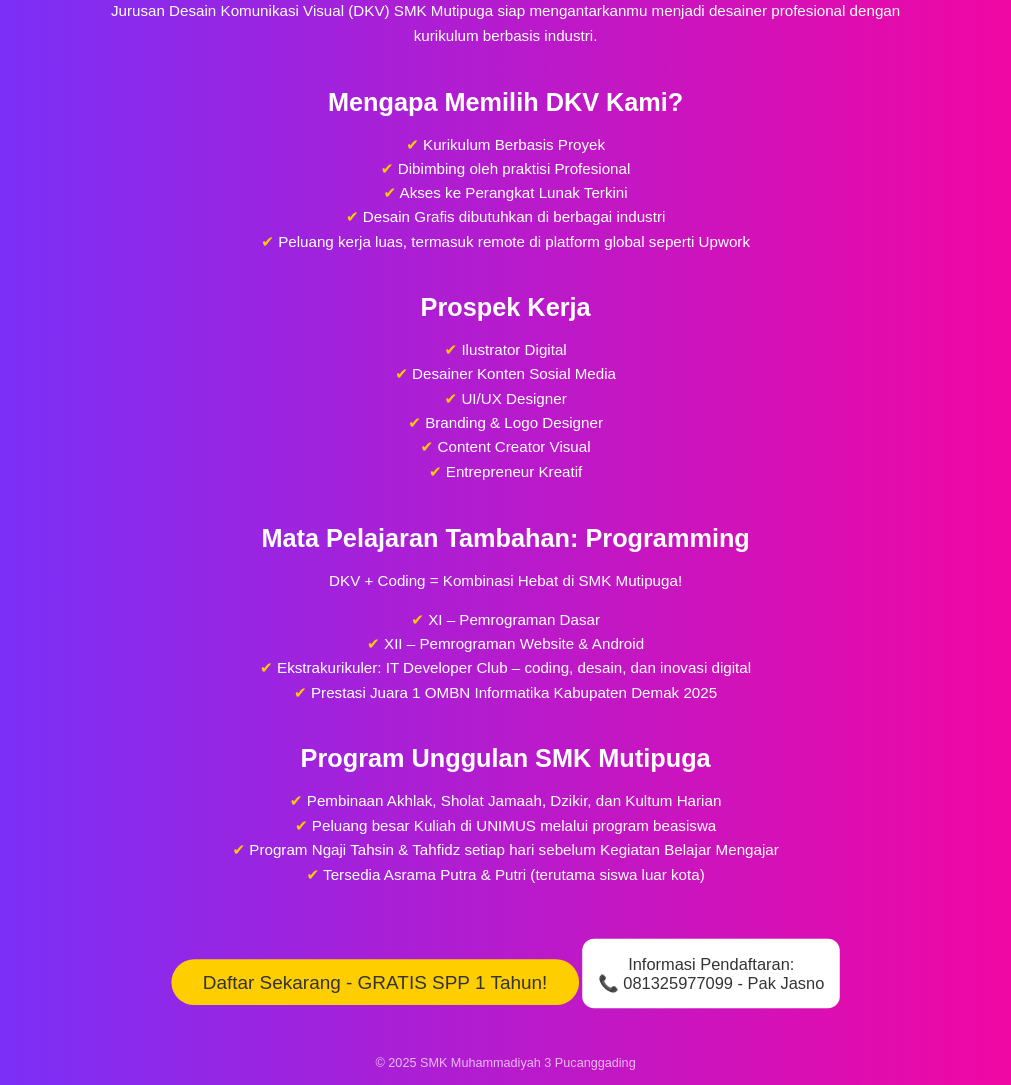
Repository: ppdbsmkmutipuga/ppdbsmkmutipuga.github.io
Page: index.html
The author's editor kept a copy of each file at every save. The page is drawn from the files as they stood at one save, then again after the next save.
The browser window is 1280 px wide. The pictures show the part of the page from y = 556 to 2038 px (the page is 1930 px tall before and 2038 px after), at 79% of full size.
A picture or video elsewhere on the page could not be fetched, so the positions and the page height are approximate.

Above is the page before, as saved 2025-06-23 15:39:24.

After the next save:
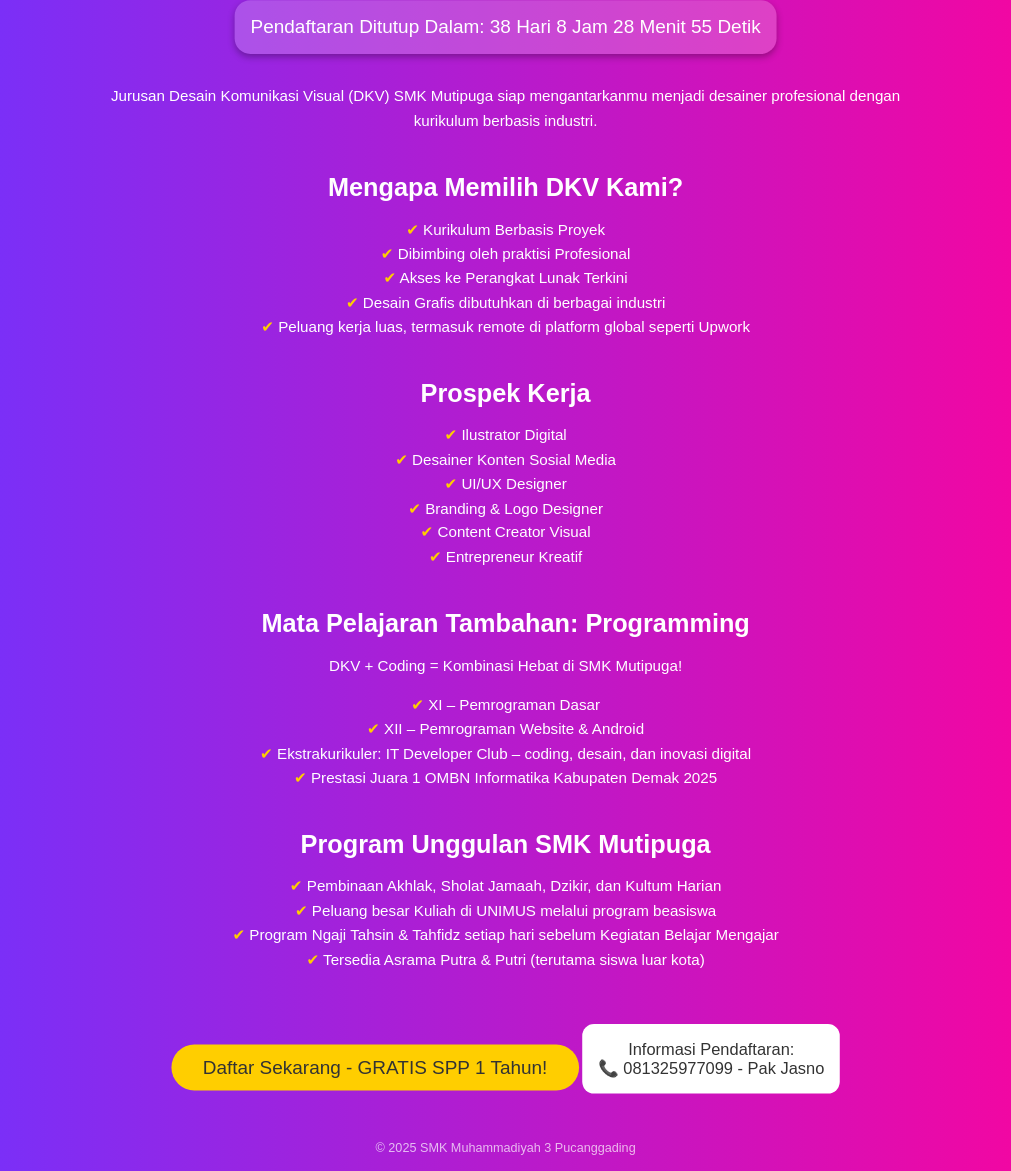
Saved 8 min 5 s later.
--- a/index.html
+++ b/index.html
@@ -68,6 +68,16 @@
             box-shadow: 0 4px 15px rgba(0, 0, 0, 0.3);
         }
 
+        .countdown {
+            font-size: 1.5rem;
+            margin: 20px 0;
+            background: rgba(255, 255, 255, 0.2);
+            padding: 20px;
+            border-radius: 20px;
+            display: inline-block;
+            box-shadow: 0 4px 10px rgba(0, 0, 0, 0.3);
+        }
+
         footer {
             text-align: center;
             padding: 20px;
@@ -118,6 +128,9 @@
         <div class="illustration">
             <img src="https://i.imgur.com/tVXTyzX.png" alt="Desain Grafis">
         </div>
+        <div class="countdown">
+            Pendaftaran Ditutup Dalam: <span id="timer">Loading...</span>
+        </div>
         <p>Jurusan Desain Komunikasi Visual (DKV) SMK Mutipuga siap mengantarkanmu menjadi desainer profesional dengan
             kurikulum berbasis industri.</p>
 
@@ -169,6 +182,25 @@
     <footer>
         &copy; 2025 SMK Muhammadiyah 3 Pucanggading
     </footer>
+
+    <script>
+        // Countdown Timer
+        const targetDate = new Date("2025-07-31T23:59:59").getTime();
+        const timer = document.getElementById("timer");
+        setInterval(() => {
+            const now = new Date().getTime();
+            const distance = targetDate - now;
+            const days = Math.floor(distance / (1000 * 60 * 60 * 24));
+            const hours = Math.floor((distance % (1000 * 60 * 60 * 24)) / (1000 * 60 * 60));
+            const minutes = Math.floor((distance % (1000 * 60 * 60)) / (1000 * 60));
+            const seconds = Math.floor((distance % (1000 * 60)) / 1000);
+            if (distance > 0) {
+                timer.innerText = `${days} Hari ${hours} Jam ${minutes} Menit ${seconds} Detik`;
+            } else {
+                timer.innerText = "Pendaftaran Telah Ditutup";
+            }
+        }, 1000);
+    </script>
 </body>
 
 </html>
